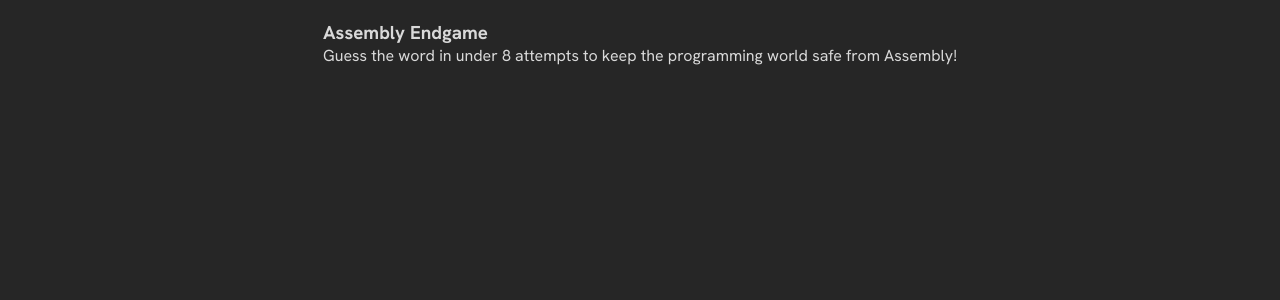
Repository: AchrafAzzaoui/AssemblyEndgame
Page: / (app in assembly-endgame/)
An editor plug-in stored every save of this project. The page is shown before and after the next save, followed by the edit.
The browser window is 1280 px wide. The pictures show the whole page.
The project was rebuilt for these pictures with package versions that can differ from the ones it lists, and the page was loaded fresh each time. Also part of the build but not shown: assembly-endgame/vite.config.js.

Above is the page before, as saved 2024-12-24 19:18:58.

### assembly-endgame/index.html
<!DOCTYPE html>
<html lang="en">
  <head>
    <meta charset="UTF-8" />
    <link rel="icon" type="image/svg+xml" href="/vite.svg" />
    <meta name="viewport" content="width=device-width, initial-scale=1.0" />
    <link
      href="https://fonts.googleapis.com/css2?family=Hanken+Grotesk:wght@300;400;500;600;700&display=swap"
      rel="stylesheet"
    />
    <title>Assembly Endgame</title>
  </head>
  <body>
    <div id="root"></div>
    <script type="module" src="/src/main.jsx"></script>
  </body>
</html>

### assembly-endgame/src/index.css
* {
  margin: 0;
  padding: 0;
  box-sizing: border-box;
}
body {
  font-family: "Hanken Grotesk", sans-serif;
  background-color: #262626;
  color: #d9d9d9;
  padding: 20px;
  height: 100vh;
  display: flex;
  justify-content: center;
}

### assembly-endgame/src/App.jsx
import { useState } from "react";

export default function App() {
  return (
    <main>
      <h3 className="game-title">Assembly Endgame</h3>
      <p className="game-description">
        Guess the word in under 8 attempts to keep the programming world safe
        from Assembly!
      </p>
    </main>
  );
}

Loaded but not shown: assembly-endgame/src/main.jsx (common file)

After the next save:
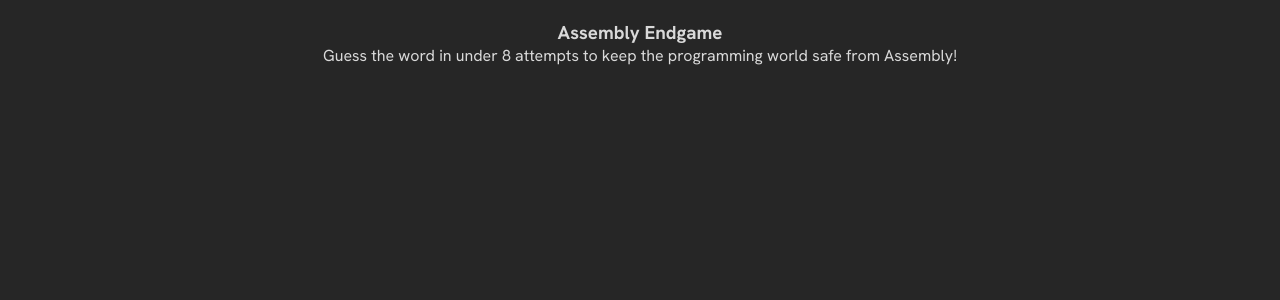
Saved 82 s later.
--- a/assembly-endgame/src/index.css
+++ b/assembly-endgame/src/index.css
@@ -12,3 +12,8 @@
   display: flex;
   justify-content: center;
 }
+
+.game-title,
+.game-description {
+  text-align: center;
+}
